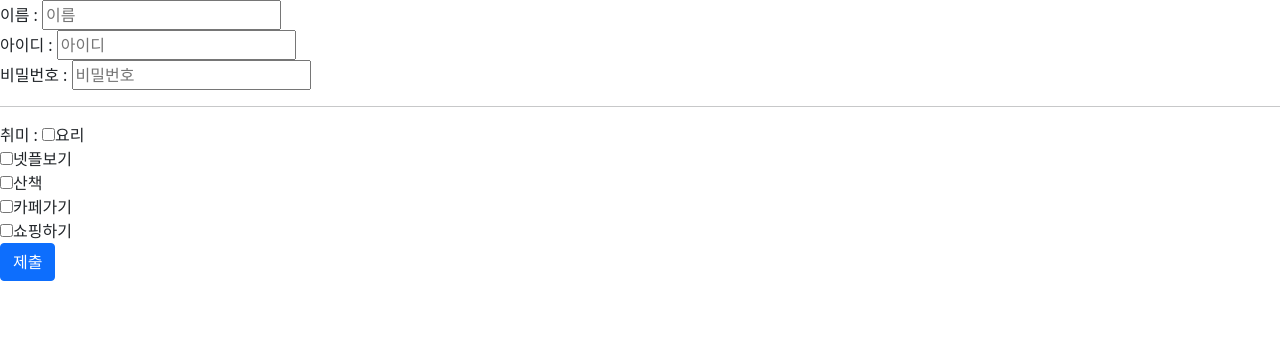
Repository: SimpleRan/jsp_paractice2
Page: http://localhost/JSPBasic/jspobject/request/req_user_form.jsp
These files come from the project's save history. The page is drawn as it stood at one moment and after the next save; the edit follows.
The browser window is 1280 px wide. The pictures show the whole page.
The page is served by Tomcat 9.

Above is the page before, as saved 2022-03-25 10:38:54.

After the next save:
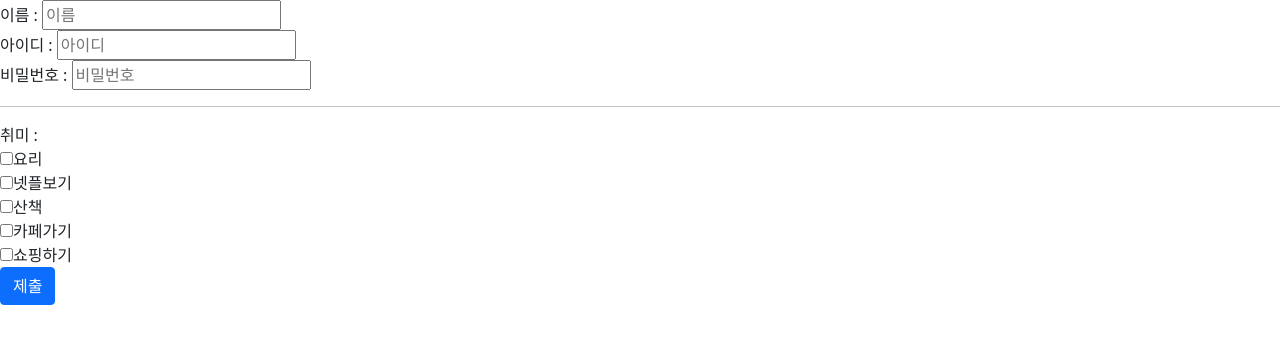
Saved 25 s later.
--- a/JSPBasic/src/main/webapp/jspobject/request/req_user_form.jsp
+++ b/JSPBasic/src/main/webapp/jspobject/request/req_user_form.jsp
@@ -21,7 +21,7 @@
 	비밀번호 : <input type= "password" name="upw"placeholder="비밀번호"/><br/>
 	<hr/>
 
-	취미 :
+	취미 :<br/>
 		<input type= "checkbox" name="hobby">요리 &nbsp; <br/>
 		<input type= "checkbox" name="hobby">넷플보기 &nbsp; <br/>
 		<input type= "checkbox" name="hobby">산책 &nbsp; <br/>
